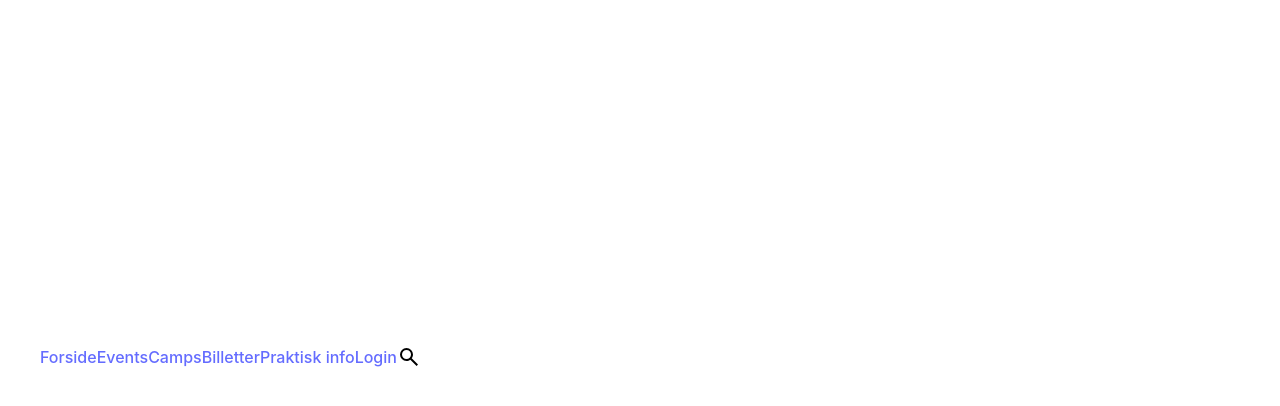
Repository: gunnarkryth/svendepr-ve-mediesuset
Page: /events
These files come from the project's save history. The page is drawn as it stood at one moment and after the next save; the edit follows.
The browser window is 1280 px wide. The pictures show the whole page.
The project was rebuilt for these pictures with package versions that can differ from the ones it lists, and the page was loaded fresh each time. Also part of the build but not shown: vite.config.js, src/context/UseFetch.jsx, src/components/hero/Hero.jsx, src/pages/Home.jsx, src/pages/Camps.jsx, src/pages/Tickets.jsx, src/pages/Info.jsx, src/pages/Login.jsx and 1 more.

Above is the page before, as saved 2025-01-16 11:18:37.

After the next save:
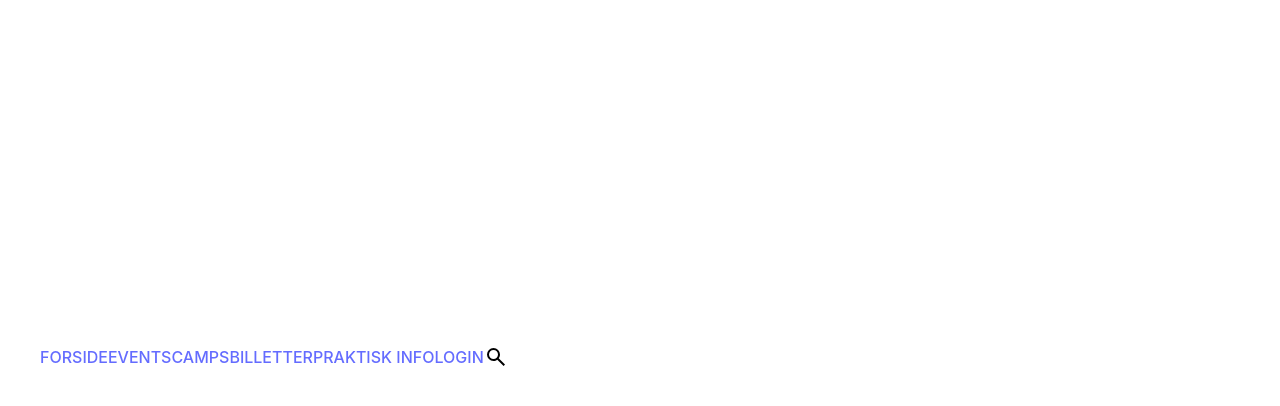
Saved 1 s later.
--- a/src/components/nav/Nav.module.scss
+++ b/src/components/nav/Nav.module.scss
@@ -5,7 +5,7 @@
     justify-content: space-between;
     li {
       a {
-        text-transform: u;
+        text-transform: uppercase;
         text-decoration: none;
       }
     }
